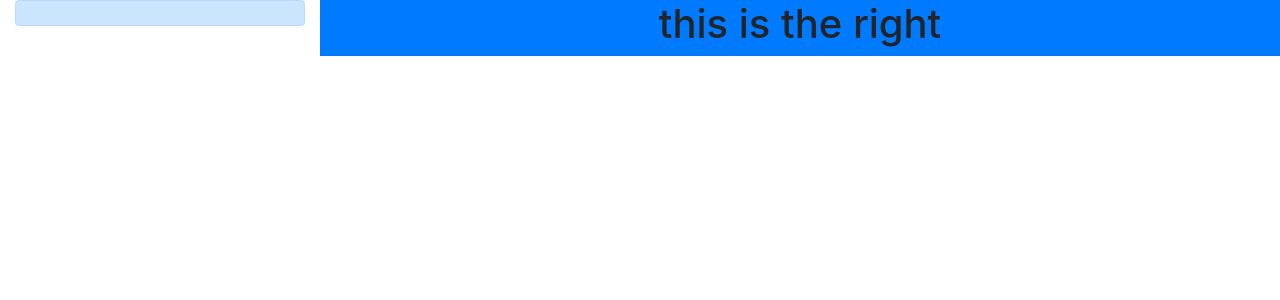
Repository: weijie-he/clould-doc
Page: /, after clicking the first element matching `button.btn`
The author's editor kept a copy of each file at every save. The page is drawn from the files as they stood at one save, then again after a run of saves.
The browser window is 1280 px wide. The pictures show the whole page.
The project was rebuilt for these pictures with package versions that can differ from the ones it lists, and the page was loaded fresh each time.

Above is the page before, as saved 2020-09-01 22:04:29.

After the next 3 saves:
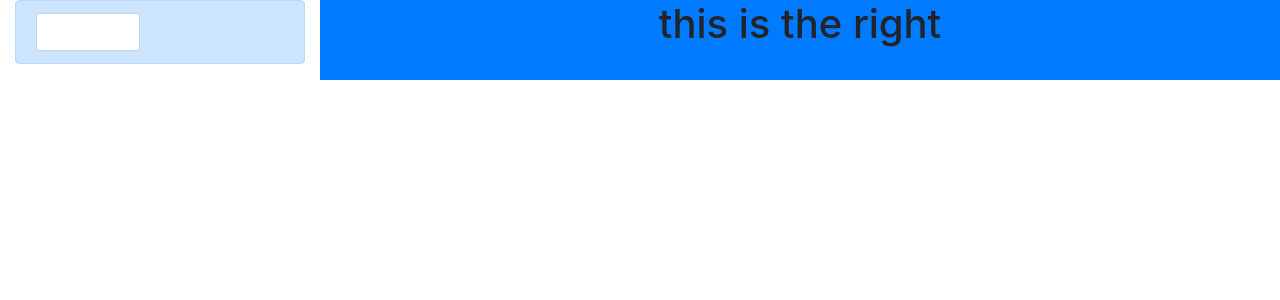
The 3 saves are shown as one change because 2 did not build or start.
The last was saved 14 s later.
--- a/src/components/FileSearch.js
+++ b/src/components/FileSearch.js
@@ -31,7 +31,11 @@ const FileSearch = ({title , onFileSearch}) => {
                 // </div>
                 <Row>
                     <Col sm={8}>
-
+                       <input
+                      className="form-control col-8"
+                     value={value}
+                  onChange={(e)=> setValue(e.target.value)}
+                   />
                     </Col>
                     <Col sm={4}>
                     </Col>
